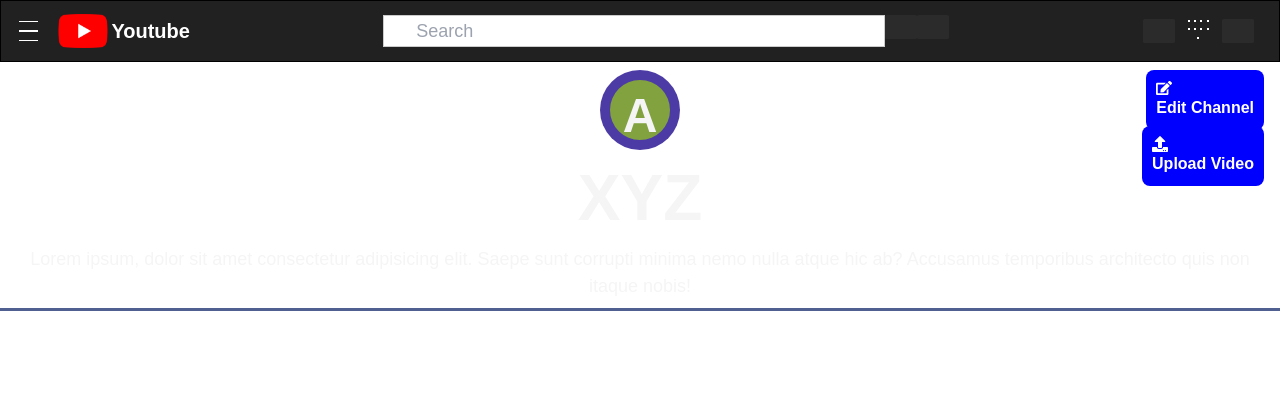
Repository: Avhisek-2023/Youtube
Page: /channel (app in Client/)
These files come from the project's save history. The page is drawn as it stood at one moment and after the next save; the edit follows.
The browser window is 1280 px wide. The pictures show the whole page.
The project was rebuilt for these pictures with package versions that can differ from the ones it lists, and the page was loaded fresh each time. Also part of the build but not shown: Client/vite.config.js, Client/src/components/Navbar/SearchBar/SearchList.css, Client/src/components/Navbar/SearchBar/SearchList.jsx, Client/src/components/Modal.css, Client/src/components/Modal.jsx, Client/src/components/ButttonForModal.jsx, Client/src/pages/Home.css, Client/src/components/LeftSidebar/LeftSidebar.jsx and 23 more. Imported but missing from the stored project, and not drawn on this page: Client/src/components/video/vid.mp4, Client/src/components/video/vid1.mp4, Client/src/components/video/vid2.mp4, Client/src/components/video/vid3.mp4.

Above is the page before, as saved 2024-07-17 08:24:41.

After the next save:
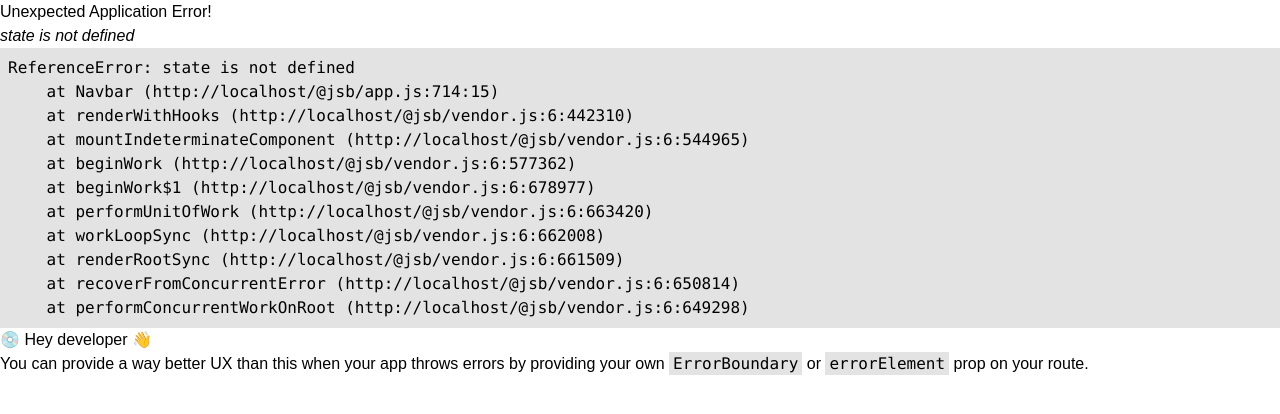
Console error: ReferenceError: state is not defined
Saved 9 min 51 s later.
--- a/Client/src/components/Navbar/Navbar.jsx
+++ b/Client/src/components/Navbar/Navbar.jsx
@@ -24,7 +24,7 @@
   const [currentUser, setCurrentUser] = useState(user);
 
   const [currentChannel, setCurrentChannel] = useState({});
-
+  console.log(state);
   useEffect(() => {
     if (user) {
       setCurrentUser(user);
